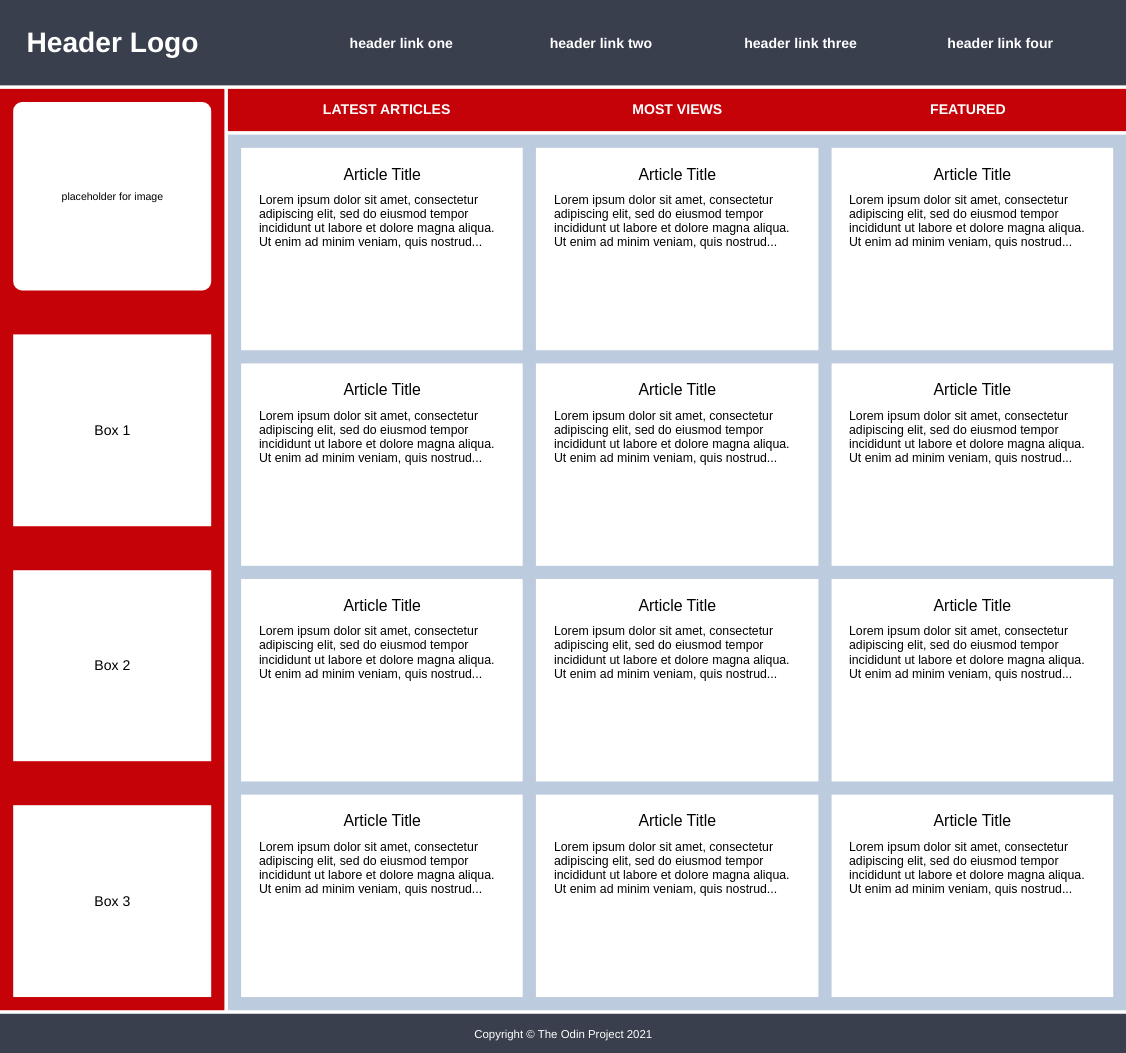
Repository: gkintu/css-exercises
Page: intermediate-html-css/advanced-grid/02-holy-grail-mockup/index.html
The author's editor kept a copy of each file at every save. The page is drawn from the files as they stood at one save, then again after the next save.
The browser window is 1280 px wide. The pictures show the whole page, at 88% of full size.

Above is the page before, as saved 2025-03-04 11:40:56.

After the next save:
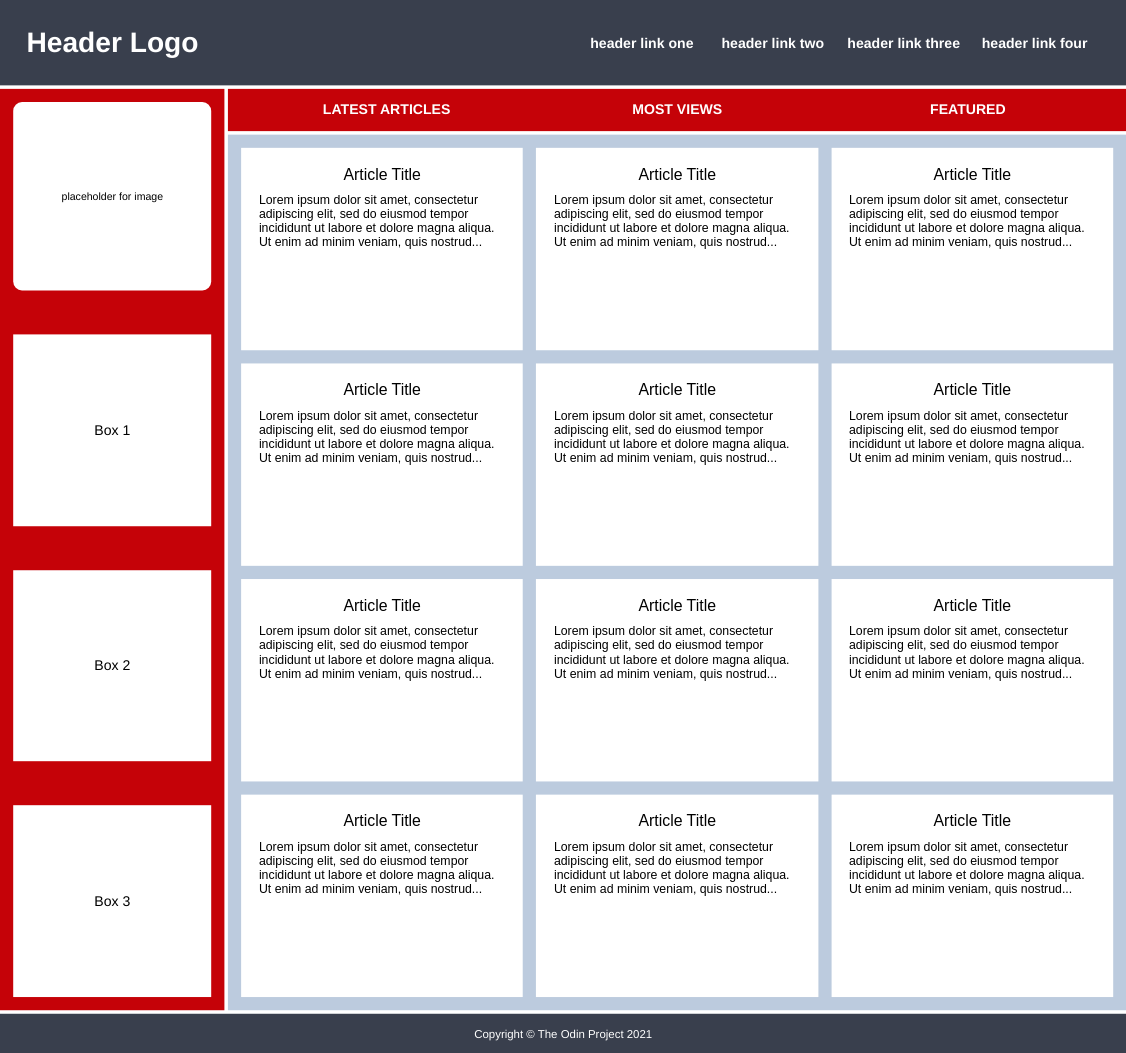
Saved 2 min 27 s later.
--- a/intermediate-html-css/advanced-grid/02-holy-grail-mockup/style.css
+++ b/intermediate-html-css/advanced-grid/02-holy-grail-mockup/style.css
@@ -23,7 +23,7 @@
   background-color: #393f4d;
   display: grid;
   grid-column: 1 / 3;
-  grid-template-columns: 1fr 3fr;
+  grid-template-columns: 1fr 1fr;
   align-items: center;
 
 }
